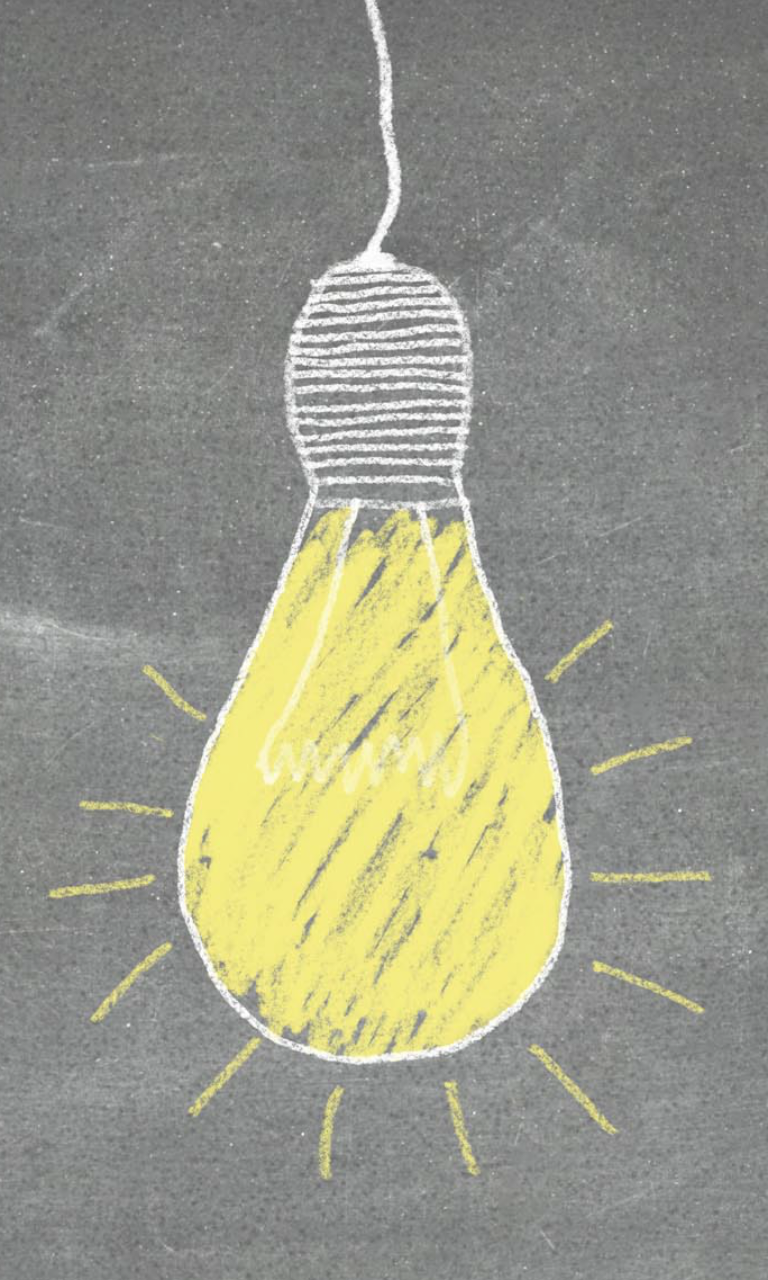
Repository: arp122/Gravitas-2014-Attendace
Layout: OrganisationGravitas/myworkspace/MusicTrivia/res/layout/activity_main.xml
An editor plug-in stored every save of this project. The layout is shown before and after the next save, followed by the edit.
It is drawn on a 768 x 1280 px phone screen (xhdpi) without system bars, with theme AppTheme; the app's code is not run.

Above is the layout before, as saved 2014-09-20 16:38:14.

After the next save:
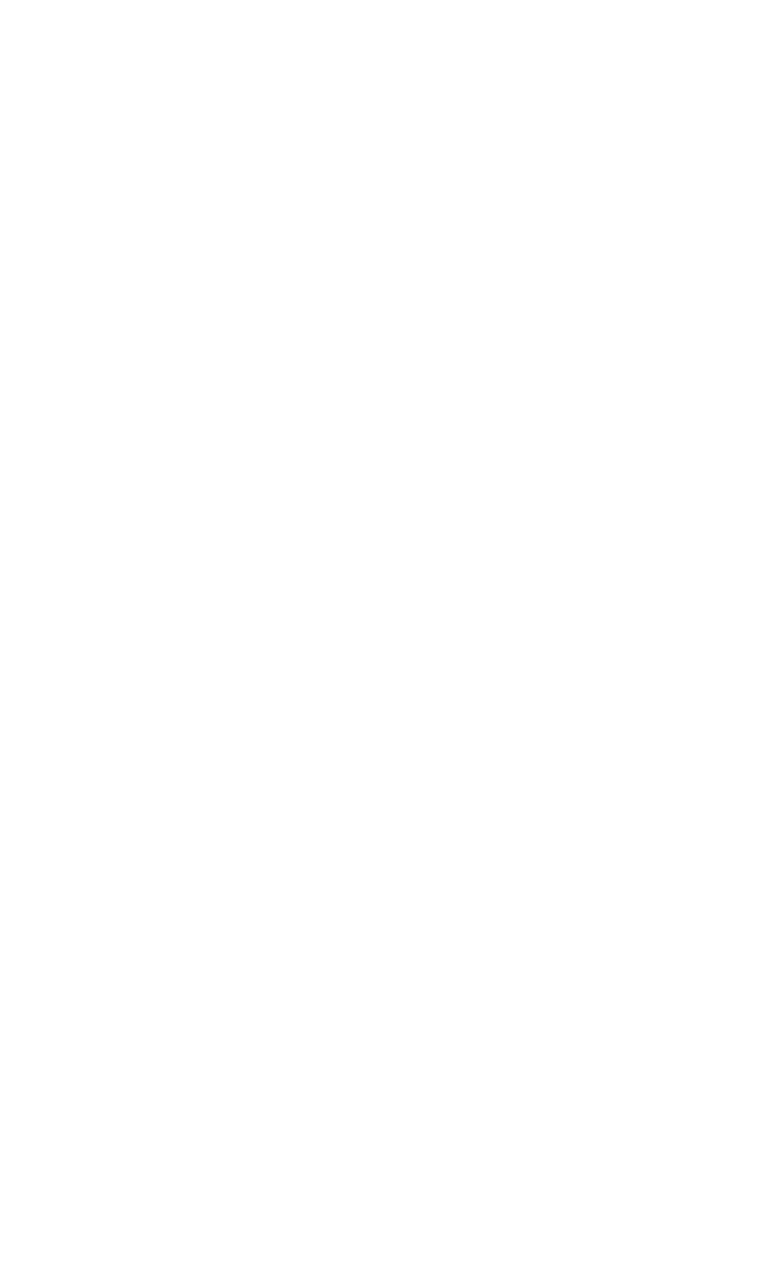
Saved 33 s later.
--- a/OrganisationGravitas/myworkspace/MusicTrivia/res/layout/activity_main.xml
+++ b/OrganisationGravitas/myworkspace/MusicTrivia/res/layout/activity_main.xml
@@ -6,7 +6,6 @@
     android:paddingLeft="@dimen/activity_horizontal_margin"
     android:paddingRight="@dimen/activity_horizontal_margin"
     android:paddingTop="@dimen/activity_vertical_margin"
-    android:background="@drawable/background_gravitas"
     tools:context=".MainActivity" >
 
 

After the save that followed:
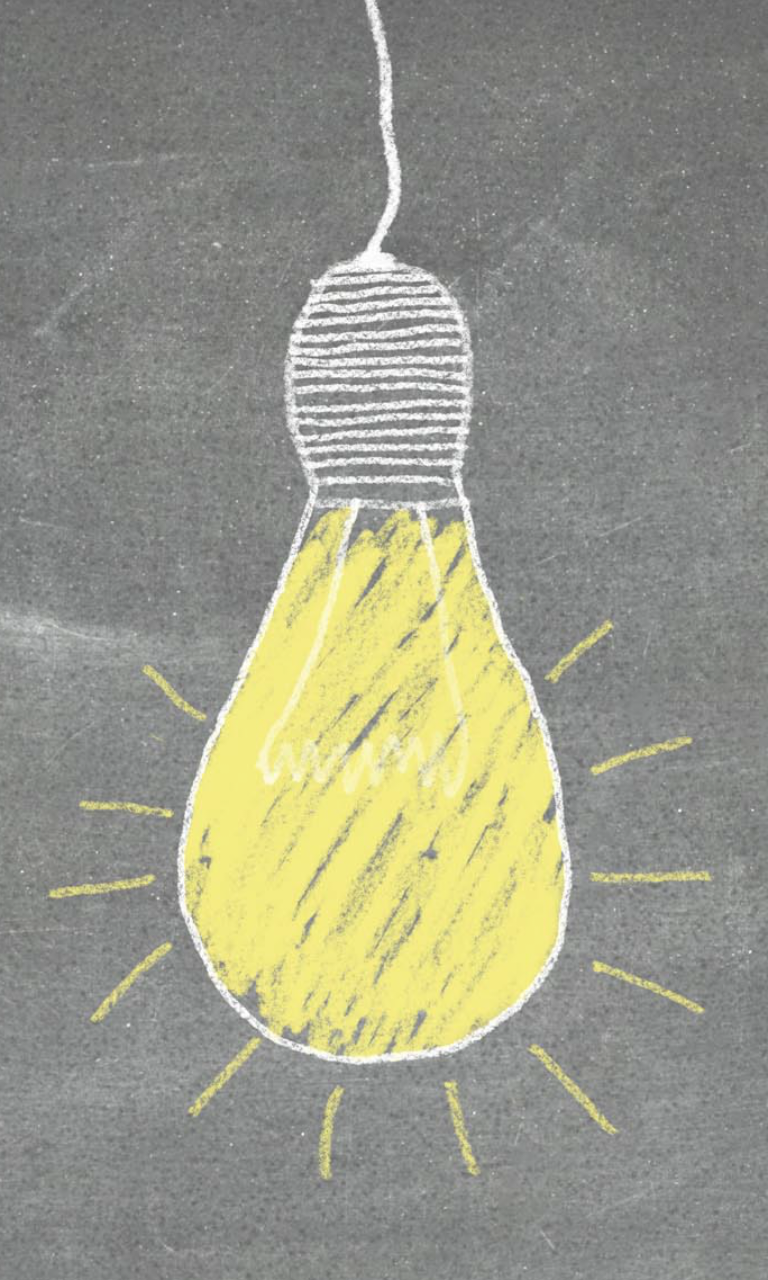
Saved 67 s later.
--- a/OrganisationGravitas/myworkspace/MusicTrivia/res/layout/activity_main.xml
+++ b/OrganisationGravitas/myworkspace/MusicTrivia/res/layout/activity_main.xml
@@ -6,6 +6,7 @@
     android:paddingLeft="@dimen/activity_horizontal_margin"
     android:paddingRight="@dimen/activity_horizontal_margin"
     android:paddingTop="@dimen/activity_vertical_margin"
+    android:background="@drawable/background_gravitas"
     tools:context=".MainActivity" >
 
 
